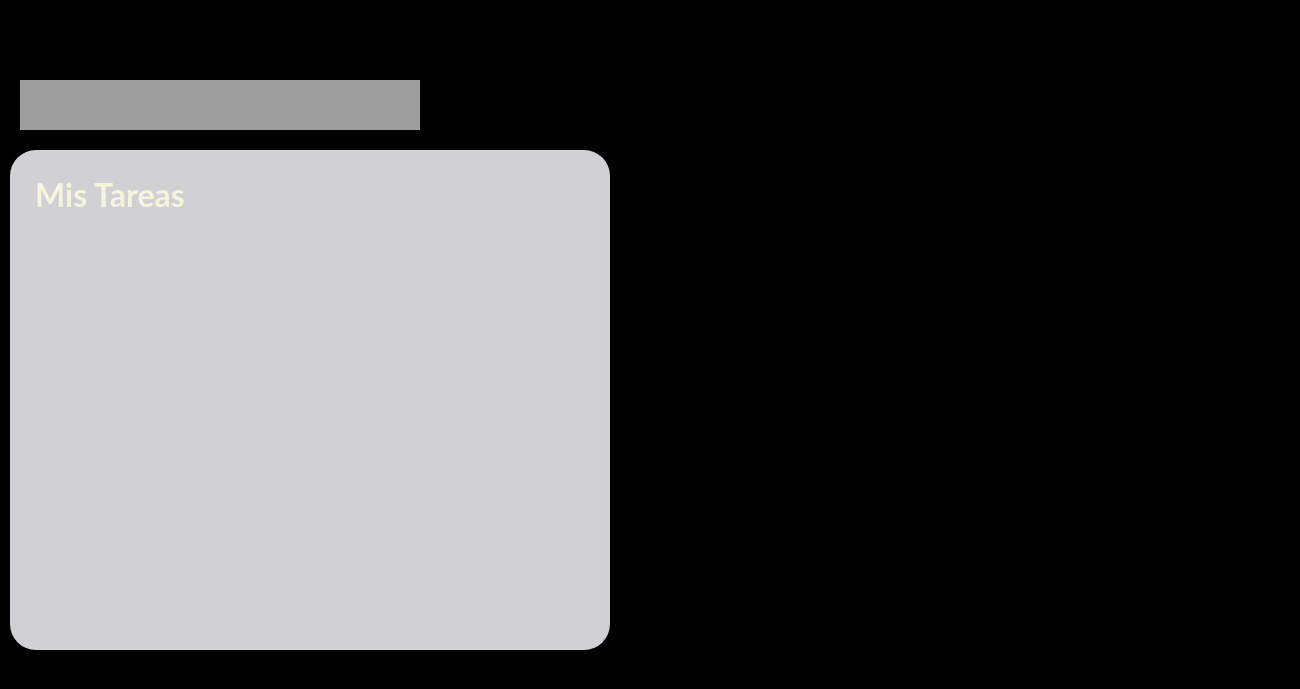
Repository: geraldine-ventura/Aplicacion-Agregar-eleiminar-Tarea
Page: /
The author's editor kept a copy of each file at every save. The page is drawn from the files as they stood at one save, then again after the next save.
The browser window is 1280 px wide. The page is 1300 px wide, so the pictures cover 1300 px, including what lies to the right of the window. The pictures show the whole page.
Pictures or frames that could not be fetched are drawn as grey boxes. The project was rebuilt for these pictures with package versions that can differ from the ones it lists, and the page was loaded fresh each time.

Above is the page before, as saved 2022-12-07 11:52:13.

After the next save:
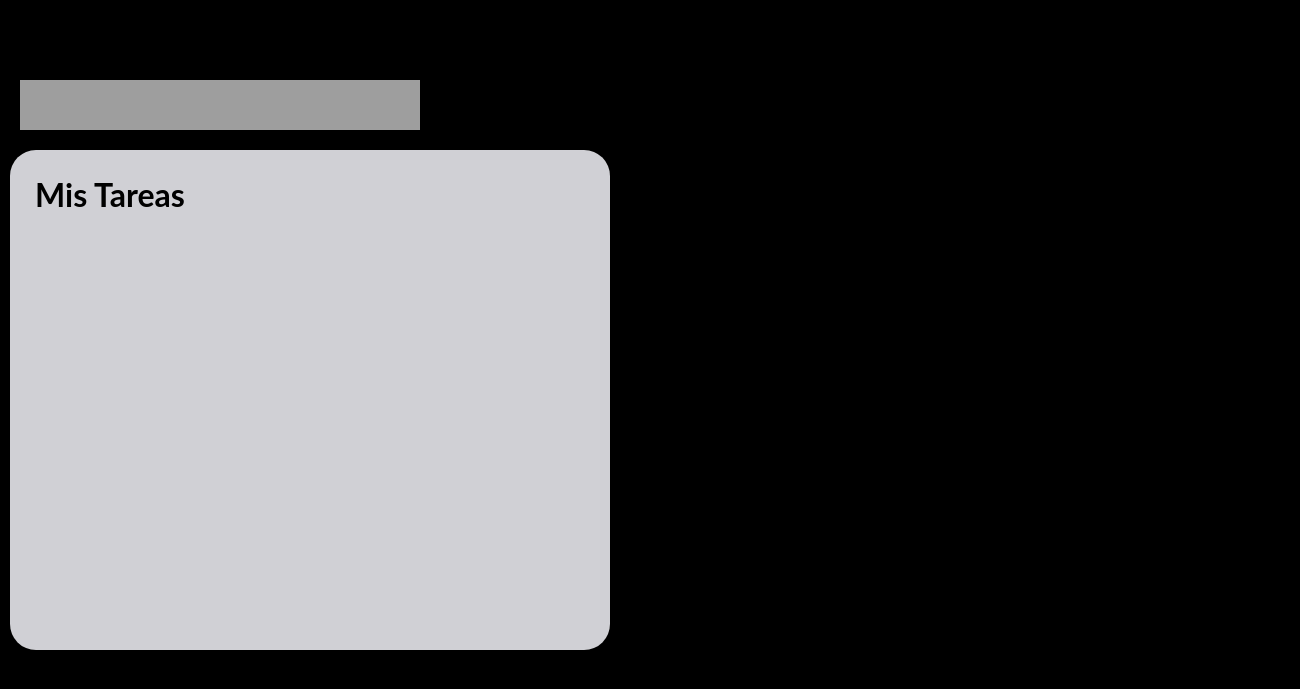
Saved 62 s later.
--- a/src/App.css
+++ b/src/App.css
@@ -12,6 +12,10 @@
     font-family: lato,sans-serif;
     margin-top: 40px;
 
+}
+h1{
+    color: black;
+    font-zise:2;
 }
 .aplicacion-tarea{
     display: flex;
